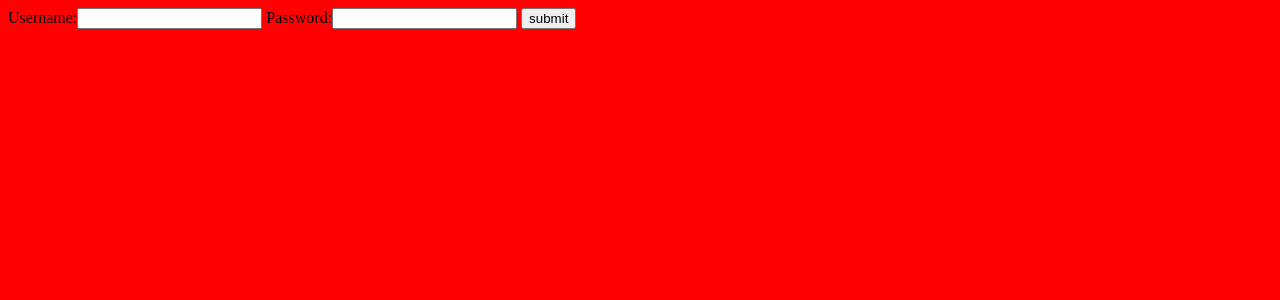
Repository: shruthik537/aemclass
Page: firstweb/src/main/webapp/index.html
An editor plug-in stored every save of this project. The page is shown before and after the next save, followed by the edit.
The browser window is 1280 px wide. The pictures show the whole page.
Some web libraries are served in a nearby version.

Above is the page before, as saved 2021-09-22 17:44:39.

### firstweb/src/main/webapp/index.html
<!DOCTYPE html>
<html>
<head>
<meta charset="ISO-8859-1">
<title>Insert title here</title>
<script type = "text/javascript"
         src = "https://ajax.googleapis.com/ajax/libs/jquery/2.1.3/jquery.min.js">
      </script>
  <script type = "text/javascript" language = "javascript">
         $(document).ready(function() {
        alert("its working");

        $("#submit").click(function(){
        	alert('inside click');
        	var user=$('#uname').val();
            var pwd=$('#pwd').val();

            if(user==""){
            	alert("enter username");
             }
            if(pwd==""){
            	alert("enter password");
             }
           // alert(user);
          //  alert(pwd);


         });
      });

      </script>

</head>
<body style="background-color:red;">
<form name="myForm" action="./Employeeregister" method="post">
Username:<input type="text" name="uname" id="uname"/>
Password:<input type="text" name="pwd" id="pwd"/>
<input type="submit" value="submit" id="submit"/>
</form>

</body>
</html>

After the next save:
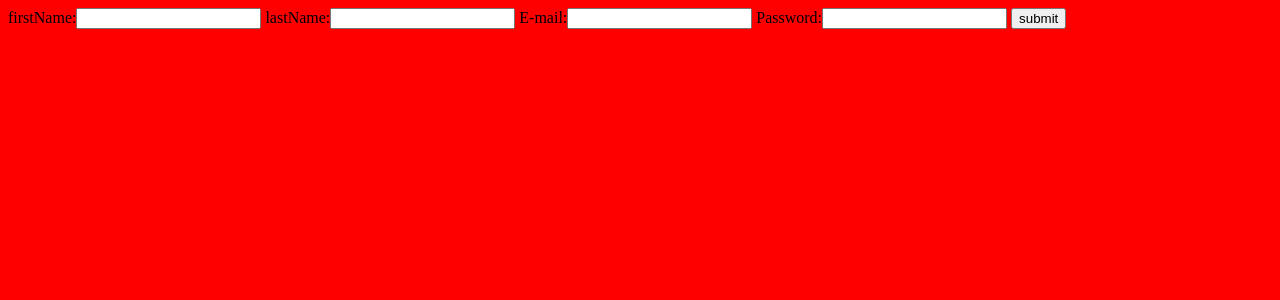
Saved 8 min 47 s later.
--- a/firstweb/src/main/webapp/index.html
+++ b/firstweb/src/main/webapp/index.html
@@ -12,11 +12,19 @@
 
         $("#submit").click(function(){
         	alert('inside click');
-        	var user=$('#uname').val();
-            var pwd=$('#pwd').val();
+        	var firstname=$('#fname').val();
+            var lastname=$('#lname').val();
+        	var email=$('#email').val();
+            var password=$('#pwd').val();
 
-            if(user==""){
-            	alert("enter username");
+            if(fname==""){
+            	alert("enter firstname");
+             }
+            if(lname==""){
+            	alert("enter lastname");
+             }
+            if(email==""){
+            	alert("enter email");
              }
             if(pwd==""){
             	alert("enter password");
@@ -33,7 +41,9 @@
 </head>
 <body style="background-color:red;">
 <form name="myForm" action="./Employeeregister" method="post">
-Username:<input type="text" name="uname" id="uname"/>
+firstName:<input type="text" name="fname" id="fname"/>
+lastName:<input type="text" name="lname" id="lname"/>
+E-mail:<input type="text" name="email" id="email"/>
 Password:<input type="text" name="pwd" id="pwd"/>
 <input type="submit" value="submit" id="submit"/>
 </form>
